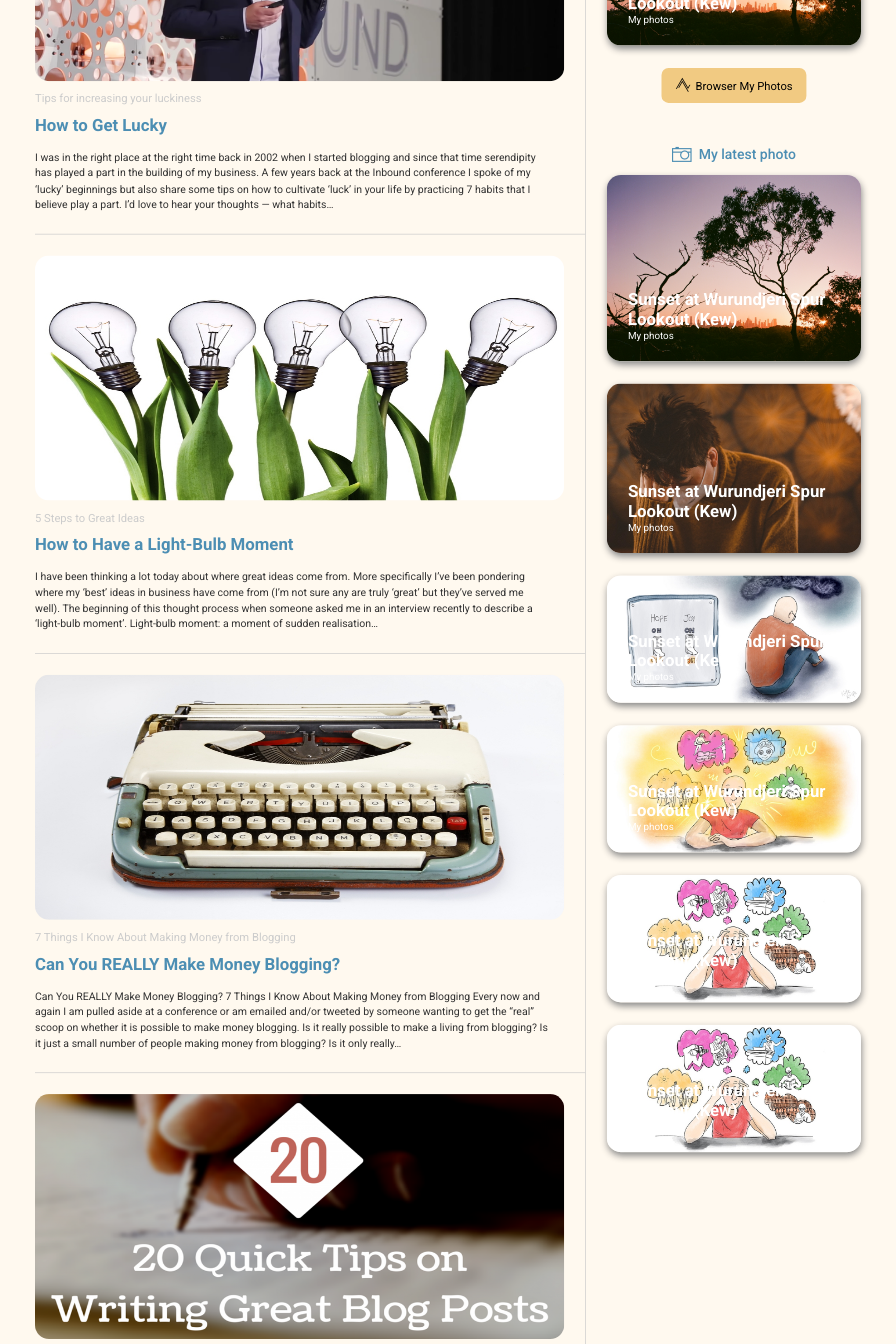
Repository: TranDinhTuann/Blog-Demo
Page: index.html
These files come from the project's save history. The page is drawn as it stood at one moment and after the next save; the edit follows.
The browser window is 1280 px wide. The pictures show the part of the page from y = 570 to 2490 px (the page is 2830 px tall), at 70% of full size.

Above is the page before, as saved 2023-03-22 21:42:54.

### index.html
<!DOCTYPE html>
<html lang="en">
<head>
    <meta charset="UTF-8">
    <meta http-equiv="X-UA-Compatible" content="IE=edge">
    <meta name="viewport" content="width=device-width, initial-scale=1.0">
    <title>Blog của Tuấn</title>
    <link rel="stylesheet" href="./assets/css/base.css">
    <link rel="stylesheet" href="./assets/css/main.css">
    <link rel="stylesheet" href="https://cdnjs.cloudflare.com/ajax/libs/normalize/8.0.1/normalize.min.css">
    <link rel="stylesheet" href="./assets/fonts/fontawesome-free-6.2.1-web/css/all.min.css">
    <link rel="stylesheet" href="./assets/fonts/themify-icons/themify-icons.css">
    <link rel="preconnect" href="https://fonts.googleapis.com"><link rel="preconnect" href="https://fonts.gstatic.com" crossorigin><link href="https://fonts.googleapis.com/css2?family=Roboto:wght@300;400;500;700&display=swap" rel="stylesheet">
</head>
<body>
    <div class="app">
        <div class="header">
            <nav class="navbar">
                <a class="navbar__head">
                    <i class="navbar__head-icon fa-solid fa-graduation-cap"></i>
                    <div class="navbar__name">Tuan Tran</div>
                </a>

                <ul class="navbar__list">
                    <li class="navbar__list-item">
                        <a href="" class="navbar__list-item-link">
                            <i class="navbar__list-item-icon fa-regular fa-user"></i>
                            <span class="navbar__list-item-text">About</span>
                        </a>
                    </li>
                    <li class="navbar__list-item">
                        <a href="" class="navbar__list-item-link">
                            <i class="navbar__list-item-icon fa-brands fa-think-peaks"></i>
                            <span class="navbar__list-item-text">My Thoughts</span>
                        </a>
                    </li>
                    <li class="navbar__list-item">
                        <a href="" class="navbar__list-item-link">
                            <i class="navbar__list-item-icon ti-direction-alt"></i>
                            <span class="navbar__list-item-text">My Journey</span>
                        </a>
                    </li>
                    <li class="navbar__list-item">
                        <a href="" class="navbar__list-item-link">
                            <i class="navbar__list-item-icon ti-camera"></i>
                            <span class="navbar__list-item-text">My Photos</span>
                        </a>
                    </li>
                    <li class="navbar__list-item">
                        <a href="" class="navbar__list-item-link">
                            <i class="navbar__list-item-icon fa-regular fa-bell"></i>
                            <span class="navbar__list-item-text">Subscribe</span>
                        </a>
                    </li>
                </ul>
            </nav>

            <div class="intro">
                <div class="intro__img">
                    <img src="./assets/img/logo.JPG" alt="" class="intro__img-image">
                </div>
                <div class="intro__text">
                    <div class="intro__head">Hi! I'm Tuan Tran </div>
                    <div class="intro__des">Speaker, Author, Blogger, Podcaster & Founder of ProBlogger & Digital Photography School. Ambassador for WorldVision Aus. Father of 3 boys & husband to Vanessa.</div>
                </div>
            </div>
        </div>

        <div class="grid">
            <div class="grid1">
                <div class="content">
                    <div class="columns">
                        <div class="img-human">
                            <img class="img-ong" src="./assets/img/slider/human1.png" alt="">
                        </div>
                        <div class="column-text">
                            <p class="des">Tips for increasing your luckiness</p>
                            <div class="heading">How to Get Lucky</div>
                            <div class="sub-heading">I was in the right place at the right time back in 2002 when I started blogging and since that time serendipity has played a part in the building of my business. A few years back at the Inbound conference I spoke of my ‘lucky’ beginnings but also share some tips on how to cultivate ‘luck’ in your life by practicing 7 habits that I believe play a part. I’d love to hear your thoughts — what habits…</div>
                        </div>
                    </div>
                    <div class="columns">
                        <div class="img-human">
                            <img class="img-ong" src="./assets/img/slider/human2.jpg" alt="">
                        </div>
                        <div class="column-text">
                            <p class="des">5 Steps to Great Ideas</p>
                            <div class="heading">How to Have a Light-Bulb Moment</div>
                            <div class="sub-heading">I have been thinking a lot today about where great ideas come from. More specifically I’ve been pondering where my ‘best’ ideas in business have come from (I’m not sure any are truly ‘great’ but they’ve served me well). The beginning of this thought process when someone asked me in an interview recently to describe a ‘light-bulb moment’. Light-bulb moment: a moment of sudden realisation…</div>
                        </div>
                    </div>
                    <div class="columns">
                        <div class="img-human">
                            <img class="img-ong" src="./assets/img/slider/human3.jpg" alt="">
                        </div>
                        <div class="column-text">
                            <p class="des">7 Things I Know About Making Money from Blogging</p>
                            <div class="heading">Can You REALLY Make Money Blogging?</div>
                            <div class="sub-heading">Can You REALLY Make Money Blogging? 7 Things I Know About Making Money from Blogging Every now and again I am pulled aside at a conference or am emailed and/or tweeted by someone wanting to get the “real” scoop on whether it is possible to make money blogging. Is it really possible to make a living from blogging? Is it just a small number of people making money from blogging? Is it only really…</div>
                        </div>
                    </div>
                    <div class="columns no--border">
                        <div class="img-human">
                            <img class="img-ong" src="./assets/img/slider/human4.png" alt="">
                        </div>
                        <div class="column-text">
                            <p class="des">Writing tips from a professional blogger</p>
                            <div class="heading">20 Quick Tips on Writing Great Blog Posts</div>
                            <div class="sub-heading">Tell your story — it is what makes your content unique Share how you feel — it will take your readers to a deeper place You’ll never please everyone — the sooner you come to peace with this, the better Write about things that matter to you — passion is infectious Inform, Inspire and Interact — aim to do these things every week! Experiment with different styles of writing — it will help you find…</div>
                        </div>
                    </div>
                    <div class="btn-content">
                        <button class="btn-thought">
                            <i class="navbar__list-item-icon fa-brands fa-think-peaks"></i>
                            <span class="my-thoughts">Browser My Thoughts</span>
                        </button>
                    </div>
                </div>

                <div class="sitebar">
                    <div class="row">
                        <div class="row-head">
                            <i class="row-icon ti-camera"></i>
                            <div class="row-heading">My latest photo</div>
                        </div>
                        <div class="row-img">
                            <img src="./assets/img/slider/nature1.jpg" alt="" class="img-nature">
                            <div class="row-text">
                                <div class="text-heading">Sunset at Wurundjeri Spur Lookout (Kew)</div>
                                <div class="text-des">My photos</div>
                            </div>
                        </div>
                    </div>

                    <div class="row">
                        <div class="btn-content">
                            <button class="btn-thought">
                                <i class="navbar__list-item-icon fa-brands fa-think-peaks"></i>
                                <span class="my-thoughts">Browser My Photos</span>
                            </button>
                        </div>
                    </div>

                    <div class="row">
                        <div class="row-head">
                            <i class="row-icon ti-camera"></i>
                            <div class="row-heading">My latest photo</div>
                        </div>
                        <div class="row-img">
                            <img src="./assets/img/slider/nature1.jpg" alt="" class="img-nature">
                            <div class="row-text">
                                <div class="text-heading">Sunset at Wurundjeri Spur Lookout (Kew)</div>
                                <div class="text-des">My photos</div>
                            </div>
                        </div>
                        <div class="row-img">
                            <img src="./assets/img/slider/nature2.jpg" alt="" class="img-nature">
                            <div class="row-text">
                                <div class="text-heading">Sunset at Wurundjeri Spur Lookout (Kew)</div>
                                <div class="text-des">My photos</div>
                            </div>
                        </div>
                        <div class="row-img">
                            <img src="./assets/img/slider/nature3.jpg" alt="" class="img-nature">
                            <div class="row-text">
                                <div class="text-heading">Sunset at Wurundjeri Spur Lookout (Kew)</div>
                                <div class="text-des">My photos</div>
                            </div>
                        </div>
                        <div class="row-img">
                            <img src="./assets/img/slider/nature4.jpg" alt="" class="img-nature">
                            <div class="row-text">
                                <div class="text-heading">Sunset at Wurundjeri Spur Lookout (Kew)</div>
                                <div class="text-des">My photos</div>
                            </div>
                        </div>
                        <div class="row-img">
                            <img src="./assets/img/slider/nature5.jpg" alt="" class="img-nature">
                            <div class="row-text">
                                <div class="text-heading">Sunset at Wurundjeri Spur Lookout (Kew)</div>
                                <div class="text-des">My photos</div>
                            </div>
                        </div>
                        <div class="row-img">
                            <img src="./assets/img/slider/nature5.jpg" alt="" class="img-nature">
                            <div class="row-text">
                                <div class="text-heading">Sunset at Wurundjeri Spur Lookout (Kew)</div>
                                <div class="text-des">My photos</div>
                            </div>
                        </div>
                    </div>
                </div>
            </div>
        </div>

        <footer class="footer">

        </footer>
    </div>
</body>
</html>

### assets/css/base.css
:root {
    --white-color: #fff;
    --black-color: #000;
    --text-color: #333;
    --primary-color: #fff9ef;
    --header-primary-color: rgb(255, 253, 249);
}

* {
    box-sizing: inherit;
}

html {
    /* hack */
    font-size: 62.5%;
    line-height: 1.6rem;
    font-family: 'Roboto', sans-serif;
    box-sizing: border-box;
}

@keyframes fadeIn {
    from{
        opacity: 0;
    }
    to{
        opacity: 1;
    }
}

@keyframes growth {
    from{
        transform: calc(0);
    }
    to{
        transform: calc(1);
    }
}

img{
    width: 100%;
    border-radius: 20px;
}
.img-ong{
    height: 350px;
    display: block;
}
.img-human{
    margin-right: 30px;
    height: 350px;
    display: block;
}
a{
    display: block;
    cursor: pointer;
}

### assets/css/main.css
.app{
    height: 1000px;
    background-color: rgb(255, 253, 249);
}

.header{
    height: 280px;
    margin: 0 50px;
}

.navbar{
    height: 60px;
    border-bottom: 1px solid #ccc;
    display: flex;
    align-items: center;
    justify-content: space-between;
}

.navbar__head-icon {
    font-size: 2rem;
    margin-right: 8px;
}

.navbar__name {
    font-size: 2rem;

}

.navbar__head {
    display: flex;
}

.navbar__head:hover {
    cursor: pointer;
    opacity: 0.5;
}

.navbar__list {
    display: flex;
    list-style: none;
    font-size: 1.4rem;
}

.navbar__list-item {
    padding: 0 16px;
    line-height: 60px;
}

.navbar__list-item:hover {
    cursor: pointer;
    opacity: 0.5;
}

.navbar__list-item-link {
    color: #000;
    text-decoration: none;
}

.navbar__list-item-icon{
    font-size: 2rem;
    padding-right: 4px;
}


.intro {
    display: flex;
    margin-top: 50px;
}

.intro__img {
    width: 30%;
    height: 50px;
}

.intro__img-image {
    width: 100%;
    background-size:cover;
}

.intro__text{
    padding-left: 40px;
}

.intro__head {
    font-size: 3rem;
}

.intro__des {
    font-size: 1.8rem;
    padding: 10px 250px 0 0;
    line-height: 2.4rem;
}


/* Grid */
.grid {
    background-color: rgb(255, 249, 239);
    /* height: 6000px; */
    /* display: flex; */
}
.grid1  {
    margin: 0 50px;
    display: flex;
    padding-top: 26px;
}
.content {
    border-right: 1px solid #ccc;
    /* height: 600px; */
    flex: 2;
}
.columns {
    padding: 30px 0;
    border-bottom: 1px solid #ccc;
    cursor: pointer;
}
.columns.no--border{
    border: none;
}
.sitebar {
    flex: 1;
}

.column-text{
    padding: 0 50px 0 0;
}
.des{
    font-size: 16px;
    color: #ccc;
}
.heading {
    font-size: 24px;
    font-weight: 700;
    color: #4c8eb3;
}
.sub-heading {
    color: #333333;
    font-size: 15px;
    padding-top: 20px;
    line-height: 1.5;
}
.btn-content{
    display: flex;
    align-items: center;
    justify-content: center;
    color: #000;
    padding-bottom: 30px;
}
.btn-thought {
    padding: 14px 20px;
    display: block;
    background-color: rgb(241, 202, 130);
    outline: none;
    border: none;
    border-radius: 10px;
}
.btn-thought:hover{
    background-color:  rgba(241, 202, 130, 0.6);
}
.my-thoughts{
    font-size: 16px;
}

/* sitebar */
.row{
    margin: 20px 0 30px 30px;
}
.row-head {
    display: flex;
    align-items: center;
    justify-content: center;
    color: #4c8eb3;
    padding-bottom: 15px;
}
.row-icon{
    font-size: 28px;
    margin-right: 10px;
}
.row-heading{
    font-size: 20px;
    font-weight: 500;
}
.row-img{
    position: relative;
    margin-bottom: 30px;
}
.row-text{
    position: absolute;
    bottom: 30px;
    left: 30px;
    color: #fff;
}
.text-heading{
    font-size: 24px;
    font-weight: 1000;
}
.text-des{
    font-size: 14px;
    line-height: 18px;
}
.img-nature{
    box-shadow: 1px 5px 10px #888888;
}

/* footer */
.footer{
    height: 50px;
}

Loaded but not shown: assets/fonts/fontawesome-free-6.2.1-web/css/all.min.css (library); assets/fonts/themify-icons/themify-icons.css (common file)

After the next save:
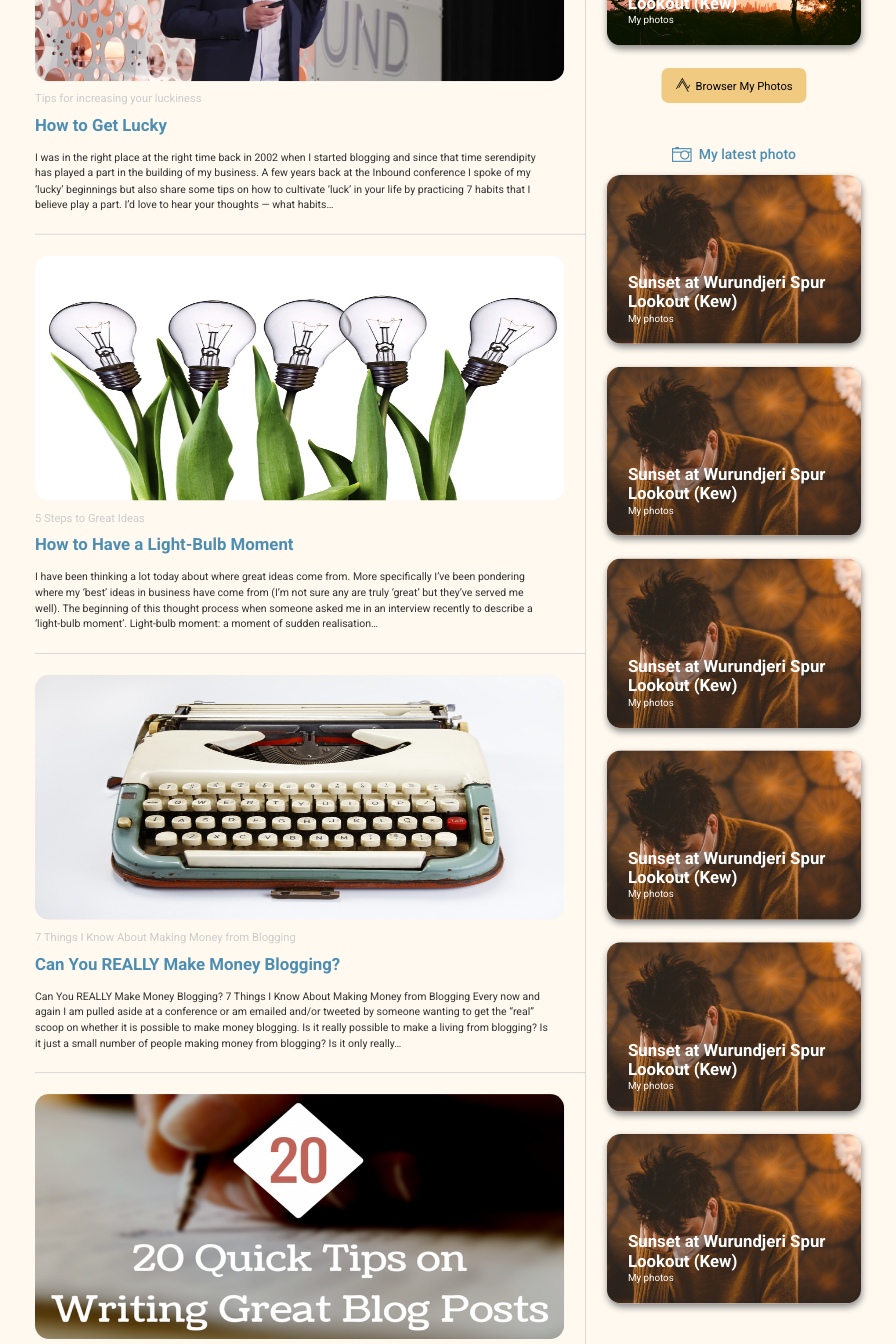
Saved 49 s later.
--- a/index.html
+++ b/index.html
@@ -147,42 +147,42 @@
                             <div class="row-heading">My latest photo</div>
                         </div>
                         <div class="row-img">
-                            <img src="./assets/img/slider/nature1.jpg" alt="" class="img-nature">
-                            <div class="row-text">
-                                <div class="text-heading">Sunset at Wurundjeri Spur Lookout (Kew)</div>
-                                <div class="text-des">My photos</div>
-                            </div>
-                        </div>
-                        <div class="row-img">
-                            <img src="./assets/img/slider/nature2.jpg" alt="" class="img-nature">
-                            <div class="row-text">
-                                <div class="text-heading">Sunset at Wurundjeri Spur Lookout (Kew)</div>
-                                <div class="text-des">My photos</div>
-                            </div>
-                        </div>
-                        <div class="row-img">
-                            <img src="./assets/img/slider/nature3.jpg" alt="" class="img-nature">
-                            <div class="row-text">
-                                <div class="text-heading">Sunset at Wurundjeri Spur Lookout (Kew)</div>
-                                <div class="text-des">My photos</div>
-                            </div>
-                        </div>
-                        <div class="row-img">
-                            <img src="./assets/img/slider/nature4.jpg" alt="" class="img-nature">
-                            <div class="row-text">
-                                <div class="text-heading">Sunset at Wurundjeri Spur Lookout (Kew)</div>
-                                <div class="text-des">My photos</div>
-                            </div>
-                        </div>
-                        <div class="row-img">
-                            <img src="./assets/img/slider/nature5.jpg" alt="" class="img-nature">
-                            <div class="row-text">
-                                <div class="text-heading">Sunset at Wurundjeri Spur Lookout (Kew)</div>
-                                <div class="text-des">My photos</div>
-                            </div>
-                        </div>
-                        <div class="row-img">
-                            <img src="./assets/img/slider/nature5.jpg" alt="" class="img-nature">
+                            <img src="./assets/img/slider/nature2.jpg" alt="" class="img-nature">
+                            <div class="row-text">
+                                <div class="text-heading">Sunset at Wurundjeri Spur Lookout (Kew)</div>
+                                <div class="text-des">My photos</div>
+                            </div>
+                        </div>
+                        <div class="row-img">
+                            <img src="./assets/img/slider/nature2.jpg" alt="" class="img-nature">
+                            <div class="row-text">
+                                <div class="text-heading">Sunset at Wurundjeri Spur Lookout (Kew)</div>
+                                <div class="text-des">My photos</div>
+                            </div>
+                        </div>
+                        <div class="row-img">
+                            <img src="./assets/img/slider/nature2.jpg" alt="" class="img-nature">
+                            <div class="row-text">
+                                <div class="text-heading">Sunset at Wurundjeri Spur Lookout (Kew)</div>
+                                <div class="text-des">My photos</div>
+                            </div>
+                        </div>
+                        <div class="row-img">
+                            <img src="./assets/img/slider/nature2.jpg" alt="" class="img-nature">
+                            <div class="row-text">
+                                <div class="text-heading">Sunset at Wurundjeri Spur Lookout (Kew)</div>
+                                <div class="text-des">My photos</div>
+                            </div>
+                        </div>
+                        <div class="row-img">
+                            <img src="./assets/img/slider/nature2.jpg" alt="" class="img-nature">
+                            <div class="row-text">
+                                <div class="text-heading">Sunset at Wurundjeri Spur Lookout (Kew)</div>
+                                <div class="text-des">My photos</div>
+                            </div>
+                        </div>
+                        <div class="row-img">
+                            <img src="./assets/img/slider/nature2.jpg" alt="" class="img-nature">
                             <div class="row-text">
                                 <div class="text-heading">Sunset at Wurundjeri Spur Lookout (Kew)</div>
                                 <div class="text-des">My photos</div>
